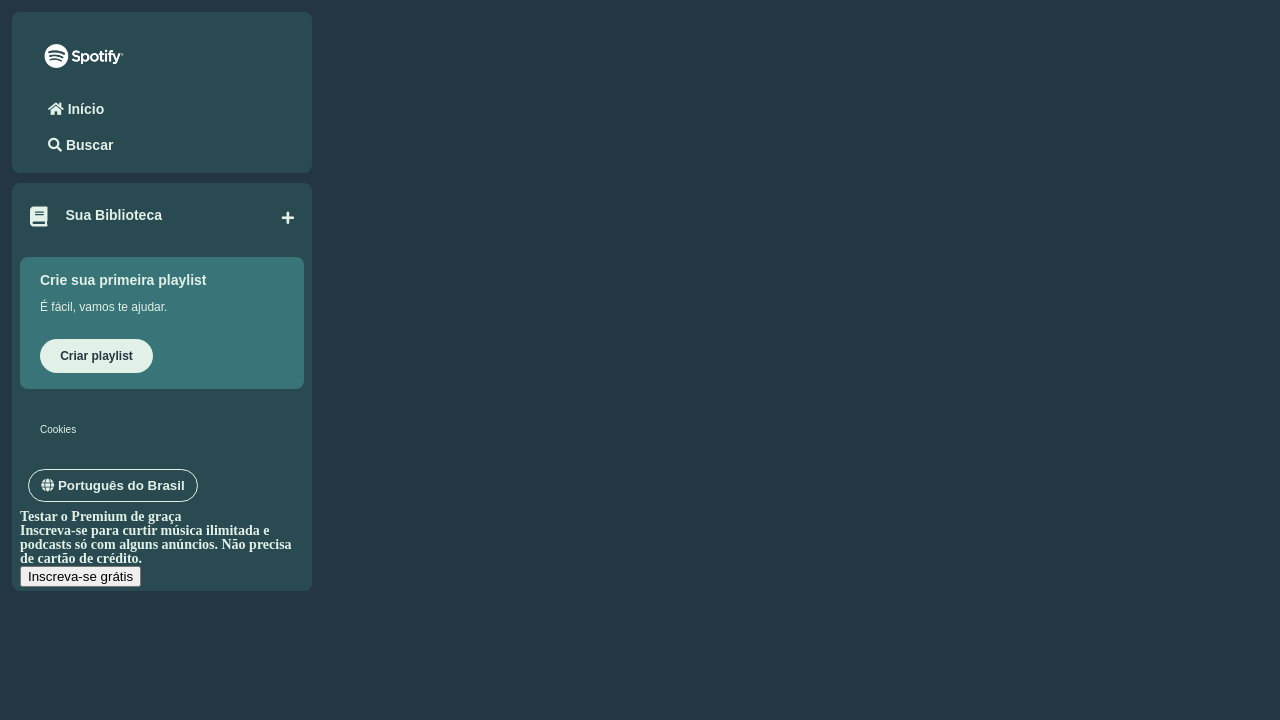
Repository: rafaazevedo-gs/Imers-o-Alura-Front-end
Page: index.html
The author's editor kept a copy of each file at every save. The page is drawn from the files as they stood at one save, then again after the next save.
The browser window is 1280 px wide. The pictures show the whole page.

Above is the page before, as saved 2025-01-30 11:05:17.

After the next save:
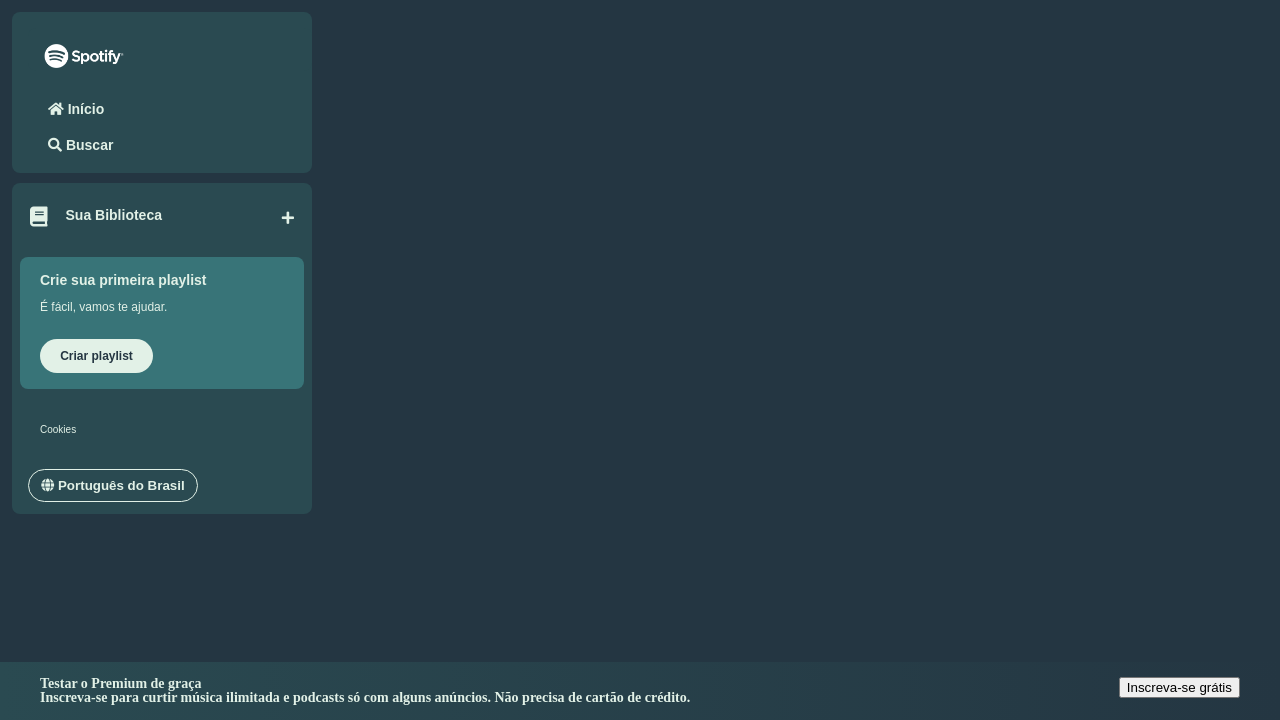
Saved 4 min 53 s later.
--- a/styles.css
+++ b/styles.css
@@ -171,3 +171,14 @@
     margin: 8px;
     padding: 8px;
 }
+
+.disclaimer-premium {
+    position: fixed;
+    bottom: 0;
+    left: 0;
+    right: 0;
+    background:linear-gradient(to right, #2a4a51, #243642);
+    padding: 15px 40px;
+    display: flex;
+    justify-content: space-between;
+}
